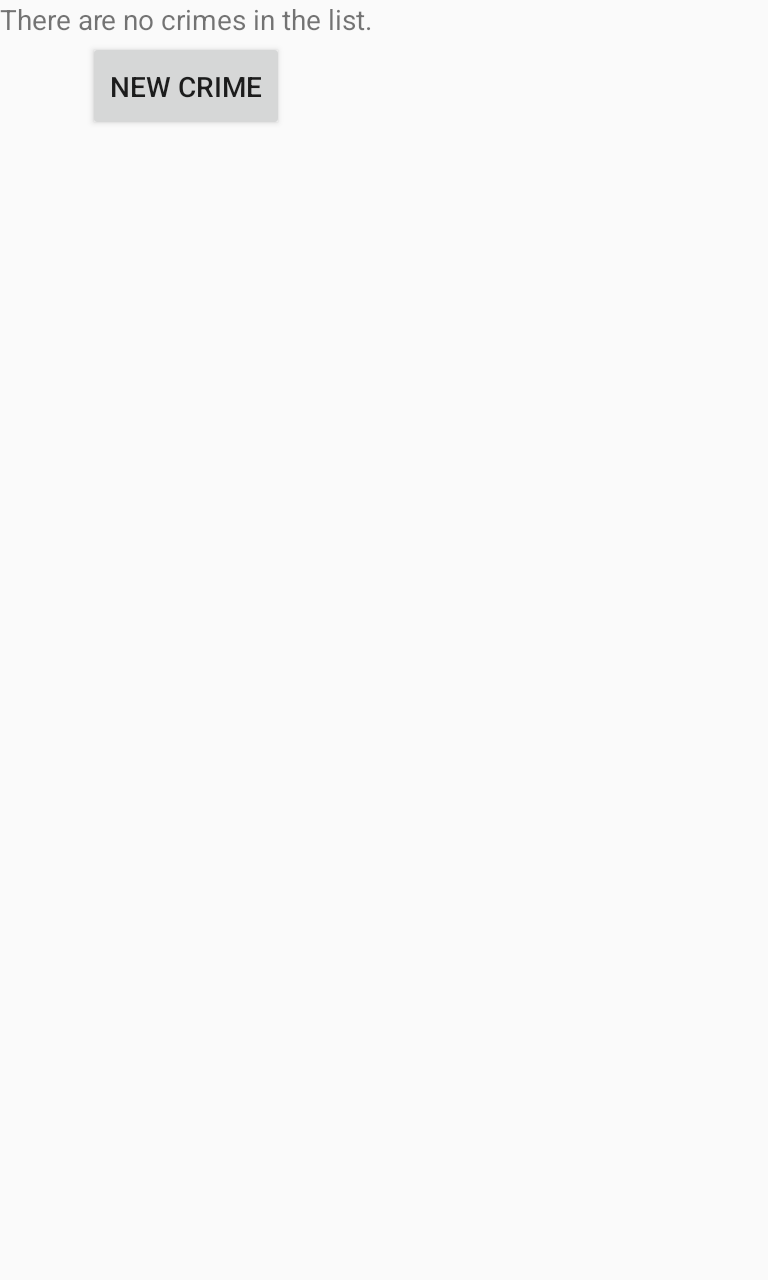
Repository: Jeedan/learning-android-apps
Layout: CriminalIntent/res/layout/fragment_list_empty.xml
These files come from the project's save history. The layout is drawn as it stood at one moment and after the next save; the edit follows.
It is drawn on a 768 x 1280 px phone screen (xhdpi) without system bars, with theme AppTheme; the app's code is not run. Lists and similar views that code fills are empty.

Above is the layout before, as saved 2014-10-23 10:13:14.

After the next save:
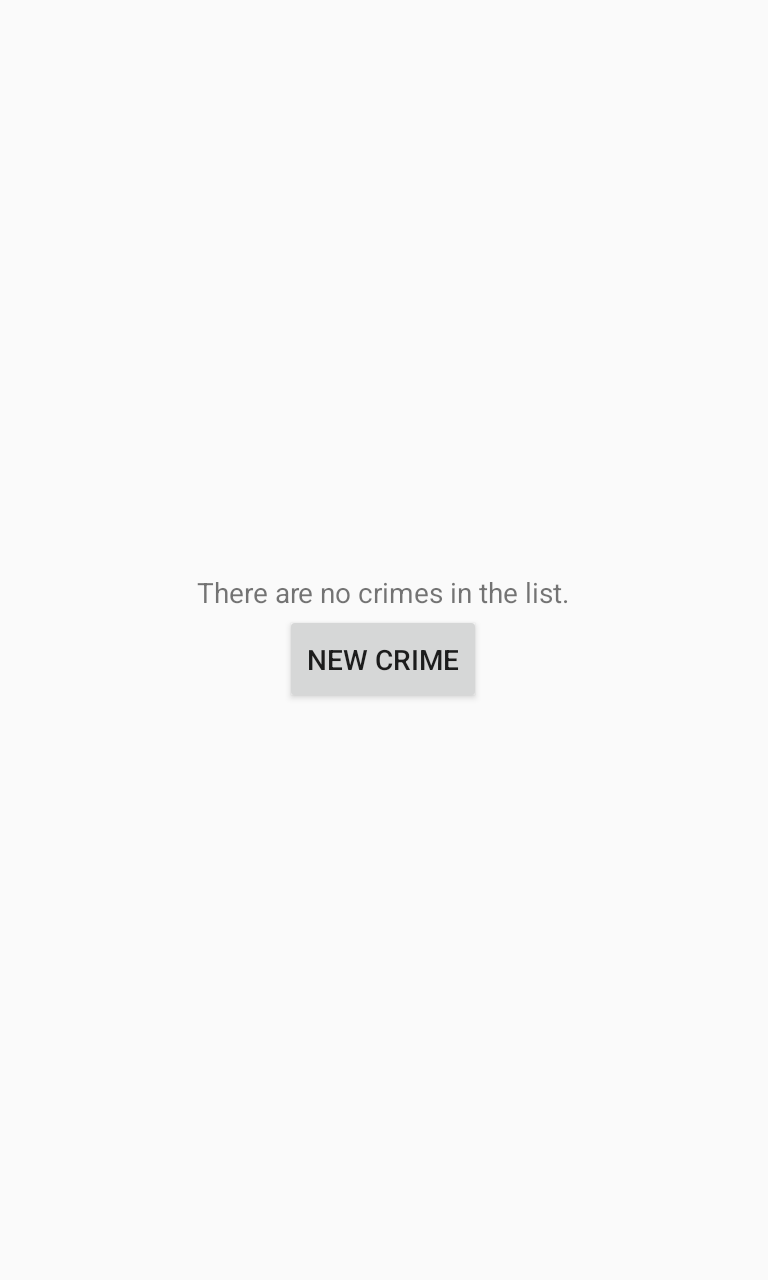
Saved 19 s later.
--- a/CriminalIntent/res/layout/fragment_list_empty.xml
+++ b/CriminalIntent/res/layout/fragment_list_empty.xml
@@ -12,7 +12,8 @@
    <LinearLayout
     android:layout_width="wrap_content"
     android:layout_height="wrap_content"
-    android:orientation="vertical" >
+    android:orientation="vertical"
+    android:layout_gravity="center">
     <TextView
         android:id="@android:id/empty"
         android:layout_width="wrap_content"
